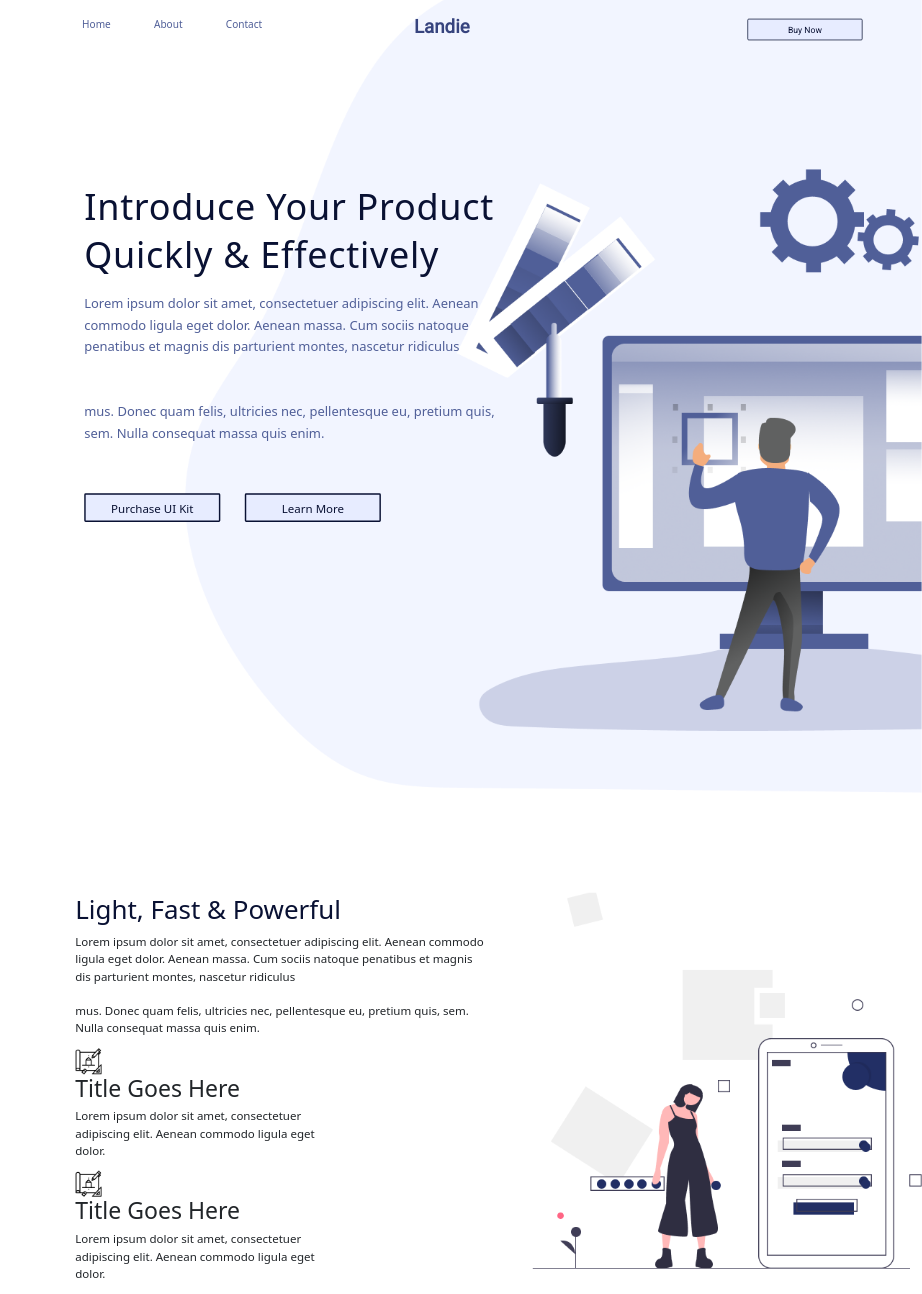
Repository: batonAnton/HW-Lec12-sass-pug
Page: index.html
An editor plug-in stored every save of this project. The page is shown before and after the next save, followed by the edit.
The browser window is 1280 px wide. The pictures show the whole page, at 72% of full size.
The style sheet was rebuilt from its Sass, Less or Tailwind sources for each picture, by a compiler version that may differ from the author's.

Above is the page before, as saved 2022-07-29 16:32:08.

After the next save:
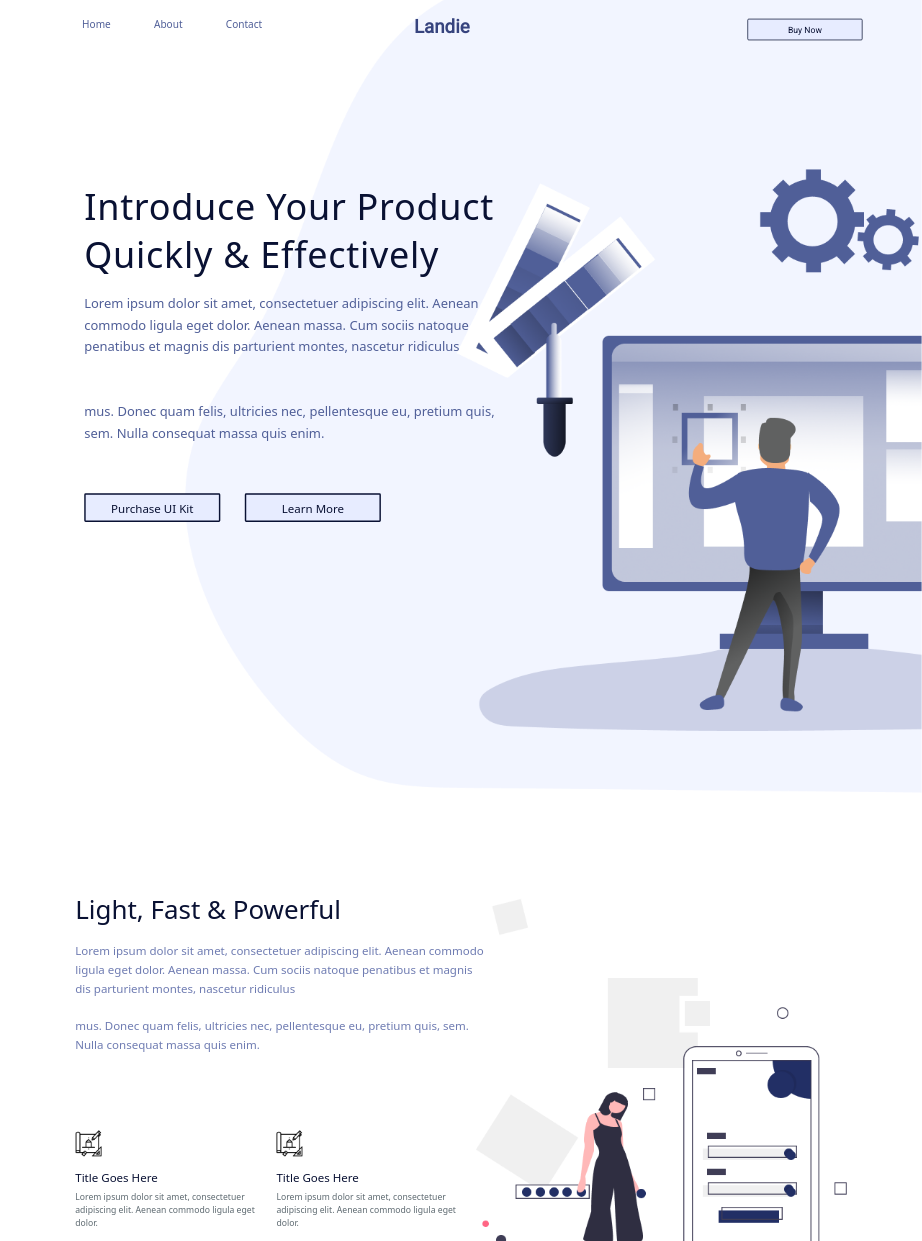
Saved 6 min 5 s later.
--- a/css/style.scss
+++ b/css/style.scss
@@ -121,7 +121,7 @@ section{
     margin-top: 80px ;
     margin-left: 45px;
     background-image: url(../image/section1/section-bg.png);
-    background-position: 100% -20%;
+    background-position: 85% -20%;
     background-repeat: no-repeat;
     h1{
         // font-family: 'Roboto';
@@ -130,5 +130,35 @@ section{
         font-size: 36px;
         line-height: 48px;
         color: #091133;
+        margin-bottom: 20px;
+    }
+    p{
+        font-style: normal;
+        font-weight: 400;
+        font-size: 16px;
+        line-height: 26px;
+        color: #6F7CB2;
+    }
+    .smallInfo{
+        margin-top: 90px;
+        display: inline-flex;
+        h2{
+            font-style: normal;
+            font-weight: 500;
+            font-size: 16px;
+            line-height: 26px;
+            color: #091133;
+            margin: 16px 0px 6px 0px;
+        }
+        p{
+            font-weight: 400;
+            font-size: 12px;
+            line-height: 18px;
+            color: #5D6970;
+        }
+        .block{
+            margin-right: 30px;
+
+        }
     }
 }
